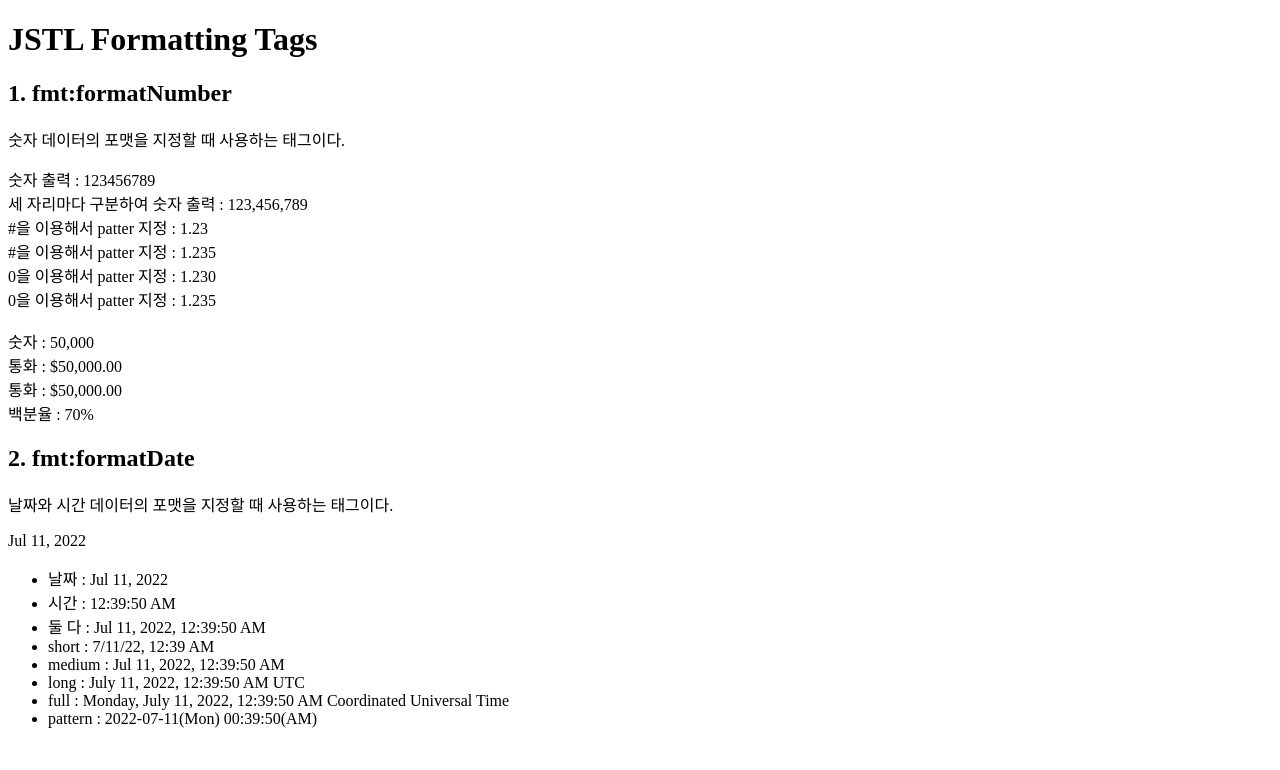
Repository: Parknogyung/Backend
Page: http://localhost/03_EL_JSTL/views/actiontag/jstl/formatting.jsp
These files come from the project's save history. The page is drawn as it stood at one moment and after the next save; the edit follows.
The browser window is 1280 px wide. The pictures show the whole page.
The page is served by Tomcat 9. Other server files are loaded and not shown.

Above is the page before, as saved 2022-07-14 01:29:34.

### 03_EL_JSTL/src/main/webapp/views/actiontag/jstl/formatting.jsp
<%@ page language="java" contentType="text/html; charset=UTF-8"
    pageEncoding="UTF-8"%>
<%@ taglib uri="http://java.sun.com/jsp/jstl/core" prefix="c" %>
<%@ taglib uri="http://java.sun.com/jsp/jstl/fmt" prefix="fmt"%>
<%@ taglib uri="http://java.sun.com/jsp/jstl/functions" prefix="fn"%>
<!DOCTYPE html>
<html>
<head>
<meta charset="UTF-8">
<title>JSTL Formatting Tags</title>
</head>
<body>
	<h1>JSTL Formatting Tags</h1>

	<h2>1.  fmt:formatNumber</h2>
	<p>
		숫자 데이터의 포맷을 지정할 때 사용하는 태그이다.
	</p>

	<!-- groupingUsed 속성 : 숫자 단위의 구분자(,) 표시 여부를 지정한다. (기본값: true) -->
	숫자 출력 : <fmt:formatNumber type="number" value="123456789" groupingUsed="false"/> <br>
	세 자리마다 구분하여 숫자 출력 : <fmt:formatNumber type="number" value="123456789" groupingUsed="true"/> <br>

	<!--
		pattern 속성 : 화면에 표시할 숫자 데이터의 패턴을 지정한다.
					 #, 0을 패턴 기호로 사용하여 지정한다.
					 패턴 기호를 초과하는 부분은 반올림 되고 부족한 부분에 대해서는 #은 표시하지 않지만 0은 0으로 표시한다.
	 -->
	#을 이용해서 patter 지정 : <fmt:formatNumber value="1.23" pattern="#.###"/> <br>
	#을 이용해서 patter 지정 : <fmt:formatNumber value="1.2346" pattern="#.###"/> <br>
	0을 이용해서 patter 지정 : <fmt:formatNumber value="1.23" pattern="0.000"/> <br>
	0을 이용해서 patter 지정 : <fmt:formatNumber value="1.2346" pattern="0.000"/> <br> <br>

	<!--
		type 속성 : number(숫자, 기본값), currency(통화), percent(백분율)
	 -->
	숫자 : <fmt:formatNumber value="50000"/> <br>
	통화 : <fmt:formatNumber type="currency" value="50000"/> <br>
	통화 : <fmt:formatNumber type="currency" currencySymbol="$" value="50000"/> <br>
	백분율 : <fmt:formatNumber type="percent" value="0.7"/>

	<h2>2. fmt:formatDate</h2>
	<p>
		날짜와 시간 데이터의 포맷을 지정할 때 사용하는 태그이다.
	</p>

	<c:set var="date" value="<%= new java.util.Date() %>"/>
	<!-- type 속성 생략 가능 (기본값: date) -->
	<fmt:formatDate value="${date }"/>


	<ul>
		<li>날짜 : <fmt:formatDate type="date" value="${date}"/> </li>
		<li>시간 : <fmt:formatDate type="time" value="${date }"/> </li>
		<li>둘 다 : <fmt:formatDate type="both" value="${date }"/> </li>
		<li>short : <fmt:formatDate type="both" dateStyle="short" timeStyle="short" value="${date }"/> </li>
		<li>medium : <fmt:formatDate type="both" dateStyle="medium" timeStyle="medium" value="${date }" /> </li>
		<li>long : <fmt:formatDate type="both" dateStyle="long" timeStyle="long" value="${date }"/> </li>
		<li>full : <fmt:formatDate type="both" dateStyle="full" timeStyle="full" value="${date }"/> </li>
		<li>pattern : <fmt:formatDate type="both" pattern="yyyy-MM-dd(E) HH:mm:ss(a)" value="${date }"/> </li>
	</ul>
	<br>

</body>
</html>

After the next save:
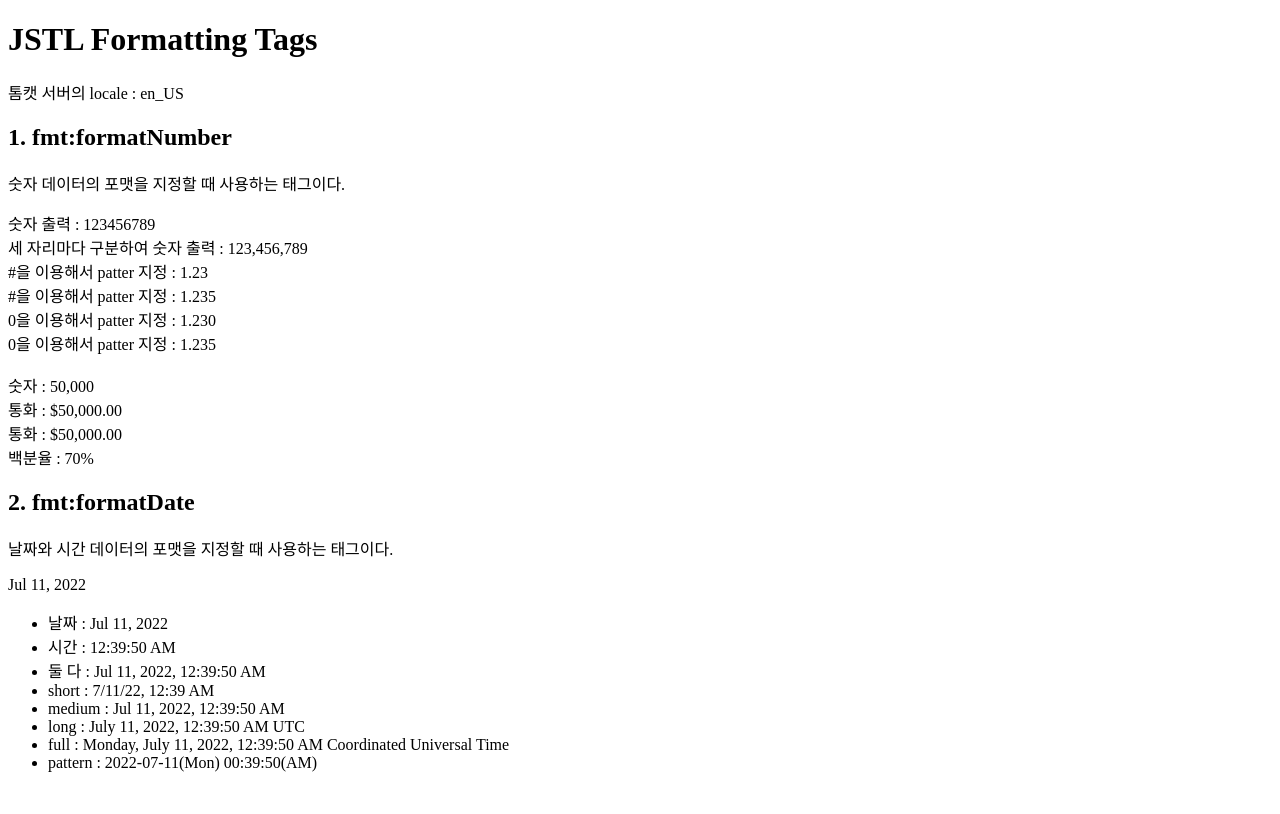
Saved 4 min 34 s later.
--- a/03_EL_JSTL/src/main/webapp/views/actiontag/jstl/formatting.jsp
+++ b/03_EL_JSTL/src/main/webapp/views/actiontag/jstl/formatting.jsp
@@ -11,6 +11,8 @@
 </head>
 <body>
 	<h1>JSTL Formatting Tags</h1>
+
+	톰캣 서버의 locale : ${pageContext.response.locale }
 
 	<h2>1.  fmt:formatNumber</h2>
 	<p>
